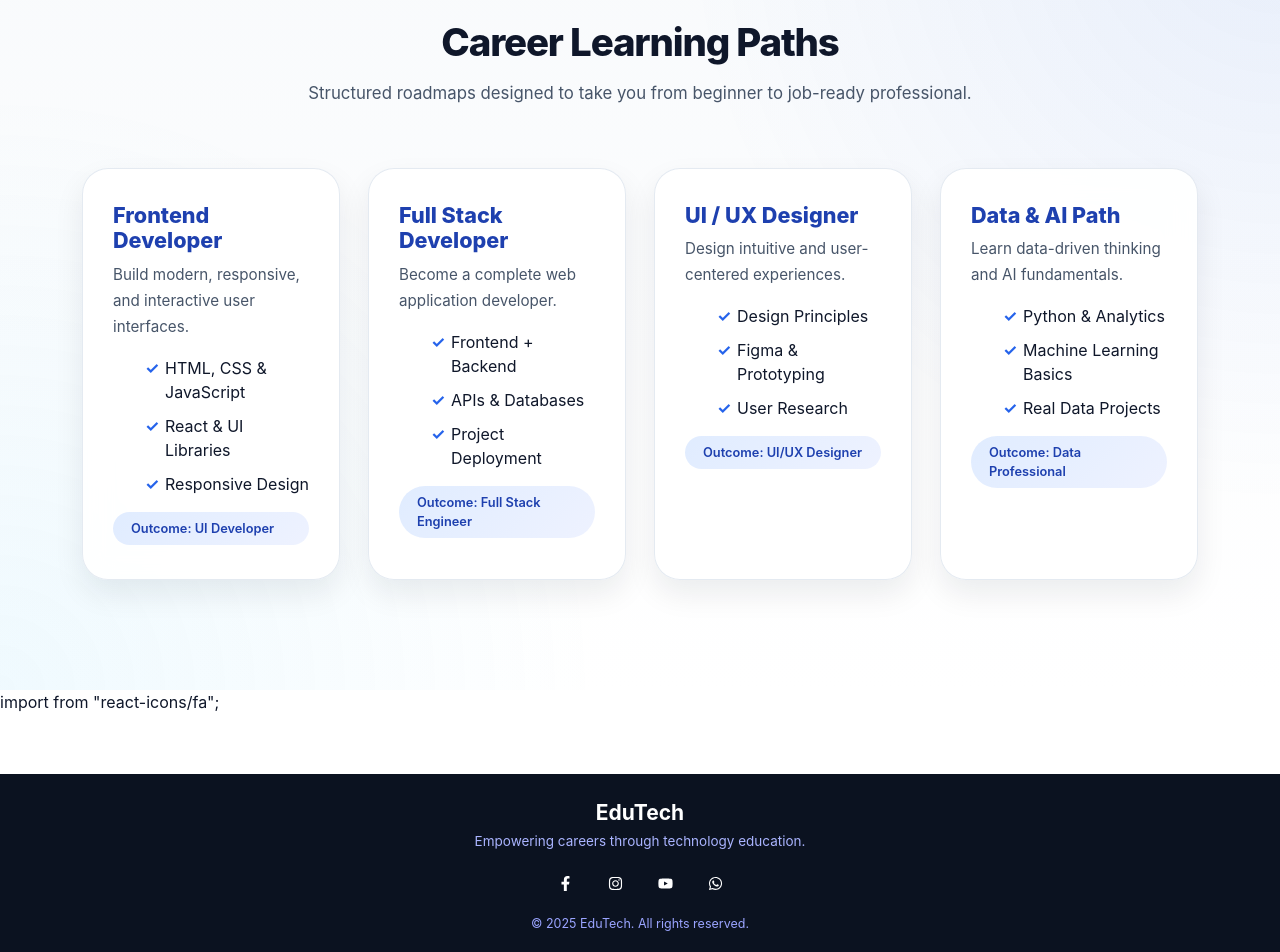
Repository: Aswin74k/project-2
Page: /
The author's editor kept a copy of each file at every save. The page is drawn from the files as they stood at one save, then again after the next save.
The browser window is 1280 px wide. The pictures show the part of the page from y = 2213 to 3165 px (the page is 3165 px tall before and 3107 px after).
The project was rebuilt for these pictures with package versions that can differ from the ones it lists, and the page was loaded fresh each time. Also part of the build but not shown: vite.config.js, src/project/course.css, src/project/Course.jsx, src/project/About.css, src/project/About.jsx, src/project/Enroll.css, src/project/Enroll.jsx, src/project/contact.css and 2 more.

Above is the page before, as saved 2025-12-25 17:41:52.

After the next save:
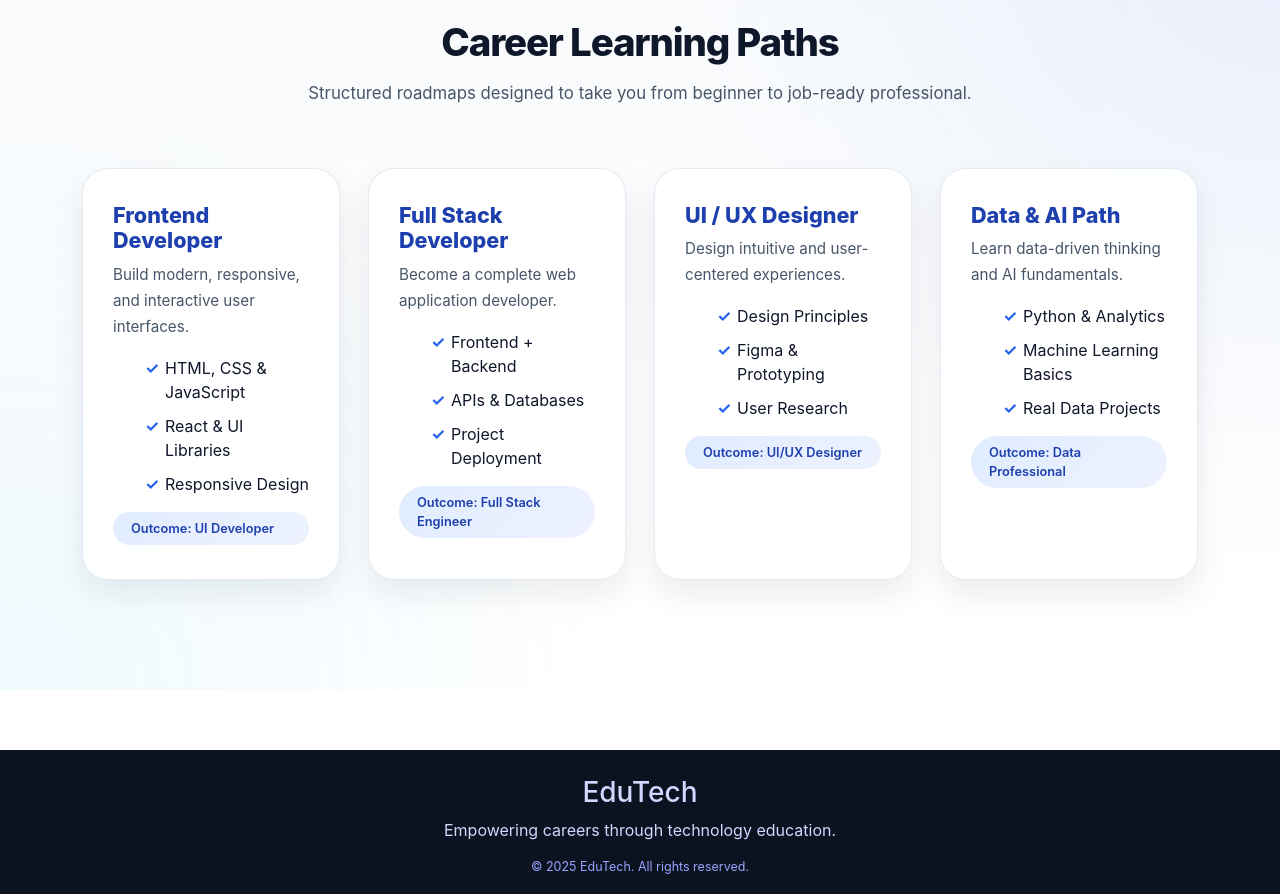
Saved 8 s later.
--- a/src/project/Home.jsx
+++ b/src/project/Home.jsx
@@ -7,10 +7,6 @@ import {
   FaChalkboardTeacher,
   FaBriefcase,
   FaStar,
-  FaFacebookF,
-  FaInstagram,
-  FaYoutube,
-  FaWhatsapp,
 } from "react-icons/fa";
 import "./Home.css";
 
@@ -252,40 +248,17 @@ export default function Home() {
   </div>
 </section>
 
-import { FaFacebookF, FaInstagram, FaYoutube, FaWhatsapp } from "react-icons/fa";
-
-<footer className="footer">
-  <Container className="text-center">
-    <h3 className="footer-logo">EduTech</h3>
-
-    <p className="footer-tagline">
-      Empowering careers through technology education.
-    </p>
-
-    <div className="footer-social">
-      <a href="#" aria-label="Facebook">
-        <FaFacebookF />
-      </a>
-
-      <a href="#" aria-label="Instagram">
-        <FaInstagram />
-      </a>
-
-      <a href="#" aria-label="YouTube">
-        <FaYoutube />
-      </a>
-
-      <a href="#" aria-label="WhatsApp">
-        <FaWhatsapp />
-      </a>
-    </div>
-
-    <p className="copy">
-      © 2025 EduTech. All rights reserved.
-    </p>
-  </Container>
-</footer>
-
+
+
+      <footer className="footer">
+        <Container className="text-center">
+          <h3>EduTech</h3>
+          <p>Empowering careers through technology education.</p>
+          <p className="copy">
+            © 2025 EduTech. All rights reserved.
+          </p>
+        </Container>
+      </footer>
     </div>
   );
 }
